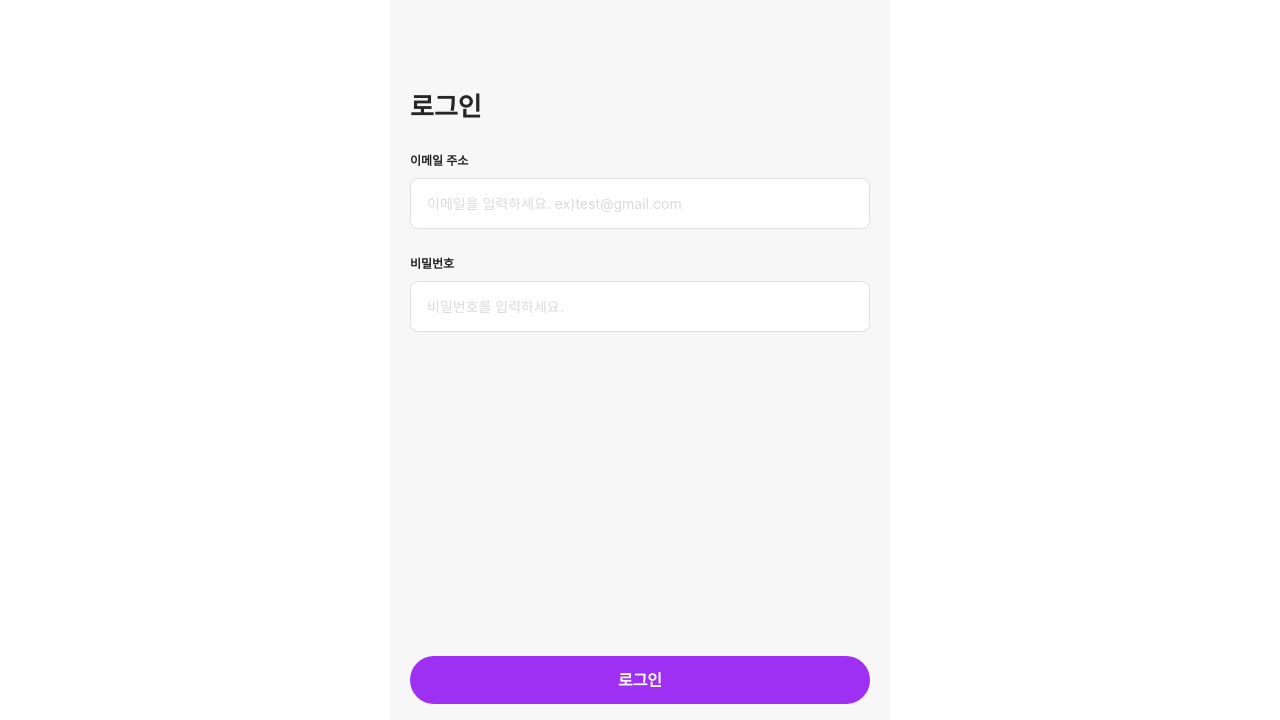
Repository: Hwang-uihyuk/wanted-pre-onboarding-frontend
Page: /todo
An editor plug-in stored every save of this project. The page is shown before and after the next save, followed by the edit.
The browser window is 1280 px wide. The pictures show the whole page.
The page's requests for data from a server got no answer. The project was rebuilt for these pictures with package versions that can differ from the ones it lists, and the page was loaded fresh each time. No one was signed in, and anything a server would have sent is missing. Also part of the build but not shown: src/pages/SignUp.jsx, src/pages/Home.jsx, src/pages/NotFound.jsx, src/components/AddTodo.jsx.

Above is the page before, as saved 2023-02-10 09:59:48.

### src/index.js
import React from 'react';
import ReactDOM from 'react-dom/client';
import './index.css';
import App from './App';
import reportWebVitals from './reportWebVitals';
import { createBrowserRouter,RouterProvider } from 'react-router-dom';
import Home from './pages/Home';
import SignIn from './pages/SignIn';
import SignUp from './pages/SignUp';
import NotFound from './pages/NotFound';
import Todo from './pages/Todo';



const router = createBrowserRouter([
  {
    path:'/',
    element:<App/>,
    errorElement:<NotFound/>,
    children:[
      {
        index:true,
        path:'/',
        element :<SignIn/>
      },

      {
        path:'/signup',
        element:<SignUp/>
      },

      {
        path:'/signin',
        element:<SignIn/>
      },

      {
        path:'/todo',
        element:<Todo/>
      },


    ]
  }
])
const root = ReactDOM.createRoot(document.getElementById('root'));
root.render(
  <React.StrictMode>
    <RouterProvider router ={router} />
  </React.StrictMode>
);

// If you want to start measuring performance in your app, pass a function
// to log results (for example: reportWebVitals(console.log))
// or send to an analytics endpoint. Learn more: https://bit.ly/CRA-vitals
reportWebVitals();

### src/App.js
import logo from './logo.svg';
import './App.css';
import './index.css'
import SignIn from './pages/SignUp';
import { Outlet } from 'react-router';

function App() {
  return (
    <div>
      <Outlet/>
    </div>

  );
}

export default App;

### src/pages/SignIn.jsx
import axios from 'axios';
import React, { useEffect, useState } from 'react'
import { useNavigate } from 'react-router';

export default function SignIn() {


  const [loginEmail, setLoginEmail] = useState('');
  const [loginPw, setLoginPw] = useState('');

  const navigate = useNavigate();

  const onhandleLoginEmail = (e) =>{
    setLoginEmail(e.target.value)
  }
  const onhandleLoginPw = (e) =>{
    setLoginPw(e.target.value)
  }

  const onLoginButton = () =>{
    const data = JSON.stringify({
      "email" : loginEmail,
      "password" : loginPw
    })

    axios.post("https://pre-onboarding-selection-task.shop/auth/signin",data,{
      headers : {
        'Content-Type': 'application/json'
      }
    }).then((response) => {
    console.log("success")
    console.log(response)
    window.localStorage.setItem("Login", response.data.access_token)
    navigate('/todo')
  }).catch((error) => console.log(error))
  }

  //assignment4 토큰여부에 따른 리다이렉트
  useEffect(()=>{
    window.localStorage.getItem("Login") &&
    navigate('/todo')
  },[])



  return (
    <div className="page">

    <div className="titleWrap">
    로그인
    <br/>
    </div>

    <div className="contentWrap">
      <div className="inputTitle">이메일 주소</div>
      <div
        className="inputWrap"
      >
        <input
          className="input"
          type="text"
          placeholder="이메일을 입력하세요. ex)test@gmail.com "
          value={loginEmail}
          onChange={onhandleLoginEmail}
        />
      </div>


      <div style={{ marginTop: "26px" }} className="inputTitle">
        비밀번호
      </div>
      <div className="inputWrap">
        <input
          className="input"
          type="password"
          placeholder="비밀번호를 입력하세요."
          value={loginPw}
          onChange={onhandleLoginPw}
        />
      </div>

    </div>

    <div>
      <button onClick={onLoginButton} className="bottomButton">
        로그인
      </button>
    </div>
  </div>
  )
}

### src/pages/Todo.jsx
import axios from 'axios';
import React, { useEffect, useRef, useState } from 'react'
import { Navigate, useNavigate, useRevalidator } from 'react-router';
import AddTodo from '../components/AddTodo';

export default function Todo() {
  //assignment4
  const navigate = useNavigate();
  useEffect(()=>{
    !window.localStorage.getItem('Login') &&
        navigate('/signin')
  },[])

  const [todos , setTodos] = useState([])
  const [text,setText] = useState("")

  //assignment
  const inputRef = useRef(null)

  const onToDoHandler = (e) =>{
        setText(e.target.value)
  }

  const onCreateTodoHandler = (e) =>{
      const data = JSON.stringify({
          "todo" : text
      })
      axios.post("https://pre-onboarding-selection-task.shop/todos",data,{
          headers : {
            "Content-Type": "application/json",
            "Authorization" : `Bearer ${window.localStorage.getItem("Login")}`
          }
      }).then((response)=>{
          console.log("success")
          console.log(response.data)
          setTodos([...todos, response.data])

        })
  }

  //처음에 불러오기 ㅇㅇ

  useEffect(() => {
    axios.get("https://pre-onboarding-selection-task.shop/todos",{
        headers :{
          "Content-Type": "application/json",
          "Authorization" : `Bearer ${window.localStorage.getItem("Login")}`
        }
    }).then((response) => {
        console.log("데이터를 불러왔습니다.")
        console.log(response.data)
        setTodos(response.data)
        setTodos((todos) => todos.map((todo)=> todo.isCompleted === true ? {...todo, isCompleted : false} : todo))
    })
  },[])


  //assignment9 삭제하기
  const handleDelete = (item) => {
    console.log(item)
      axios.delete(`https://pre-onboarding-selection-task.shop/todos/${item}`,{
        headers :{
            "Authorization" : `Bearer ${window.localStorage.getItem("Login")}`
    }
      }).then(
          setTodos((todos) => todos.filter((todo) => todo.id!==item))
      )
    }

    //assignment10 수정하기
    const [editmode , setEditMode] =useState(false)

    const handleUpdate = (item) => {

        console.log(changeText)
        const data = JSON.stringify({
            "todo" : changeText,
            "isCompleted" :item.isCompleted
        })
        axios.put(`https://pre-onboarding-selection-task.shop/todos/${item.id}`,data,{
            headers :{
                "Content-Type": "application/json",
                "Authorization" : `Bearer ${window.localStorage.getItem("Login")}`
        }}).then(response => {

            console.log(response.data)


            setTodos((todos) => todos.filter((todo) => todo.id === item.id ? {...todo, todo :response.data.todo} : todo))


            setTodos((todos) => todos.map((todo)=>todo.id === item.id ? {...todo, todo :response.data.todo} : todo))


            setTodos((todos) => todos.map((todo)=> todo.isCompleted === true ? {...todo, isCompleted : false} : todo))
        }
        )
    }

    const updateBtn = (item) => {
        console.log(item)
        // set함수로 배열 객체 변경하는 법!!
        setTodos((todos) => todos.map((todo) => todo.id === item.id ? {...todo, isCompleted : !todo.isCompleted} : todo))
    }


    const [changeText , setChangeText] = useState('')
  return (
    <div>
    <input
        className ="border-4 rounded"
        data-testid="new-todo-input"
        placeholder='목록을 추가하세요'
        value={text}
        onChange={onToDoHandler}
        />
    <button
    data-testid="new-todo-add-button"
    onClick={onCreateTodoHandler}>추가</button>


    {todos.map((item) => (
        <li key ={item.id}>
            <label>
                <input type="checkbox"/>
                {!item.isCompleted ? <span className='text-xl m-1'
                      >{item.todo}</span> : <input type="text" onChange={(e) =>{
                            setChangeText(e.target.value)
                      }}></input>}
                <input className='hidden'></input>


            </label>


           {!item.isCompleted ?  <button
                 className='border border-black m-0.5 font-bold bg-slate-100'
                 data-testid="modify-button"
                 onClick={() =>updateBtn(item)}
                 >수정</button> :<button onClick={()=>handleUpdate(item)}>제출</button>}


            {!item.isCompleted ? <button
                className='border border-black font-bold bg-slate-100'
                data-testid="delete-button"
                onClick={() =>handleDelete(item.id)} >삭제 </button>
                :<button>취소</button>}
        </li>
    ))}

    {/* <AddTodo onAdd={handleAdd}/> */}

        </div>
  )
}

### src/App.css
.App {
  text-align: center;
}

.App-logo {
  height: 40vmin;
  pointer-events: none;
}

@media (prefers-reduced-motion: no-preference) {
  .App-logo {
    animation: App-logo-spin infinite 20s linear;
  }
}

.App-header {
  background-color: #282c34;
  min-height: 100vh;
  display: flex;
  flex-direction: column;
  align-items: center;
  justify-content: center;
  font-size: calc(10px + 2vmin);
  color: white;
}

.App-link {
  color: #61dafb;
}
.page {
  position: absolute;
top: 0;
bottom: 0;
width: 100%;
max-width: 500px;
  padding: 0 20px;

left: 50%;
transform: translate(-50%, 0);

  background-color: #F7F7F7;

overflow: hidden;
  display: flex;
  flex-direction: column;
}

.titleWrap {
  margin-top: 87px;
  font-size: 26px;
font-weight: bold;
color: #262626;
}

.contentWrap {
  margin-top: 26px;
  flex: 1;
}

.inputTitle {
  font-size: 12px;
font-weight: 600;
color: #262626;
}

.inputWrap {
  display: flex;
  border-radius: 8px;
  padding: 16px;
  margin-top: 8px;
  background-color: white;
  border: 1px solid #e2e0e0;
}
.inputWrap:focus-within {
  border: 1px solid #9e30f4;
}

.input {
  width: 100%;
  outline: none;
border: none;
  height: 17px;
  font-size: 14px;
font-weight: 400;
}

.input::placeholder {
  color: #dadada;
}

.bottomButton {
  width: 100%;
height: 48px;
  border: none;
  font-weight: bold;
  border-radius: 64px;
  background-color: #9e30f4;
  color: white;
  margin-bottom: 16px;
  cursor: pointer;
}

.bottomButton:disabled {
  background-color: #dadada;
  color: white;
}

.errorMessageWrap {
  margin-top: 8px;
  color: #ef0000;
  font-size: 12px;
}







@keyframes App-logo-spin {
  from {
    transform: rotate(0deg);
  }
  to {
    transform: rotate(360deg);
  }
}

Loaded but not shown: public/index.html (common file); src/index.css (common file); src/reportWebVitals.js (common file); tailwind.config.js (common file)

After the next save:
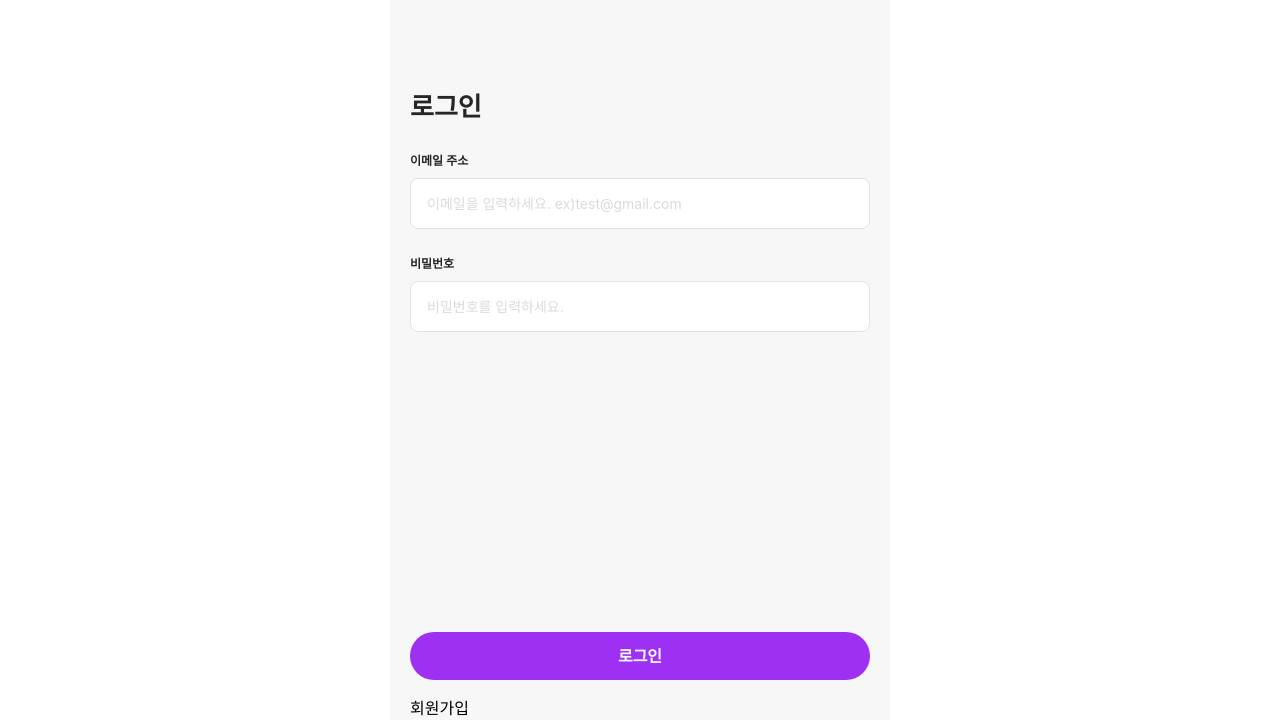
Saved 43 s later.
--- a/src/pages/SignIn.jsx
+++ b/src/pages/SignIn.jsx
@@ -85,6 +85,7 @@ export default function SignIn() {
       <button onClick={onLoginButton} className="bottomButton">
         로그인
       </button>
+      <button>회원가입</button>
     </div>
   </div>
   )
